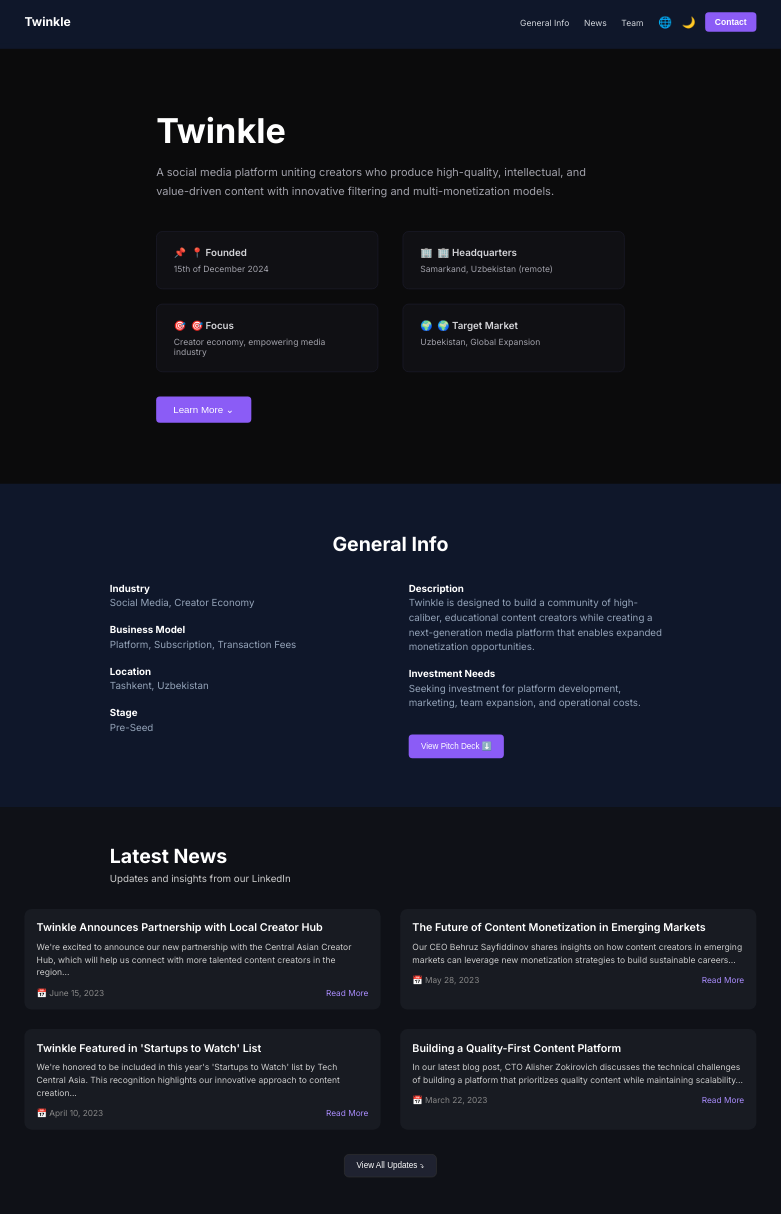
Repository: techboy-33/Twinkle-web
Page: index.html
An editor plug-in stored every save of this project. The page is shown before and after the next save, followed by the edit.
The browser window is 1280 px wide. The pictures show the whole page, at 61% of full size.

Above is the page before, as saved 2025-05-12 11:17:02.

After the next save:
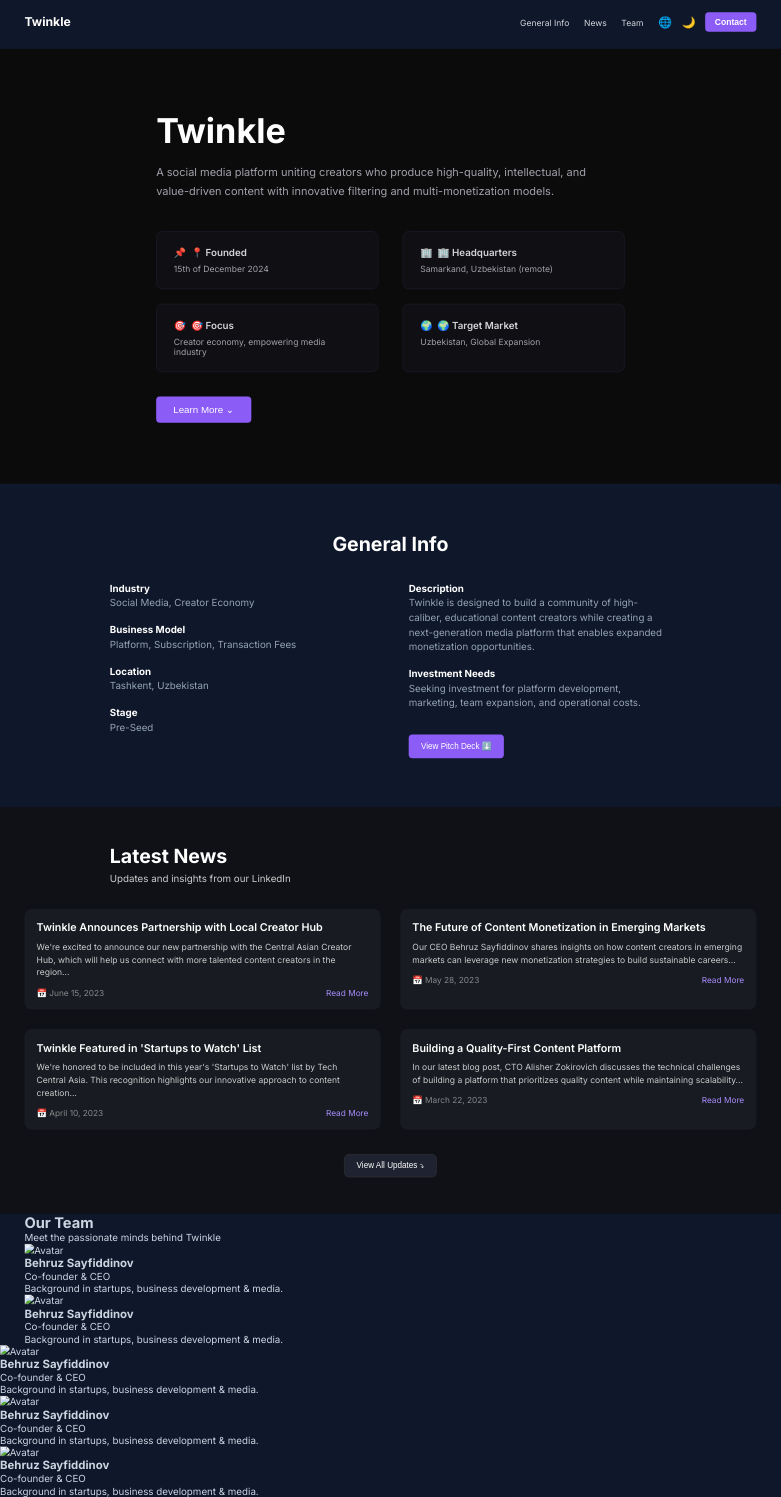
Not found: avatar.png
Saved 4 min 3 s later.
--- a/index.html
+++ b/index.html
@@ -132,6 +132,48 @@
           </div>
         </div>
       </section>
+      <section class="team-section">
+        <div class="container">
+          <h2 class="team-title">Our Team</h2>
+          <p class="team-subtitle">Meet the passionate minds behind Twinkle</p>
+          <div class="team-grid">
+            <div class="team-card">
+              <img src="avatar.png" alt="Avatar">
+              <h3>Behruz Sayfiddinov</h3>
+              <p class="role">Co-founder & CEO</p>
+              <p>Background in startups, business development & media.</p>
+            </div>
+          </div>
+          <div class="team-card">
+            <img src="avatar.png" alt="Avatar">
+            <h3>Behruz Sayfiddinov</h3>
+            <p class="role">Co-founder & CEO</p>
+            <p>Background in startups, business development & media.</p>
+          </div>
+        </div>
+        <div class="team-card">
+            <img src="avatar.png" alt="Avatar">
+            <h3>Behruz Sayfiddinov</h3>
+            <p class="role">Co-founder & CEO</p>
+            <p>Background in startups, business development & media.</p>
+          </div>
+        </div>
+        <div class="team-card">
+            <img src="avatar.png" alt="Avatar">
+            <h3>Behruz Sayfiddinov</h3>
+            <p class="role">Co-founder & CEO</p>
+            <p>Background in startups, business development & media.</p>
+          </div>
+        </div>
+        <div class="team-card">
+            <img src="avatar.png" alt="Avatar">
+            <h3>Behruz Sayfiddinov</h3>
+            <p class="role">Co-founder & CEO</p>
+            <p>Background in startups, business development & media.</p>
+          </div>
+        </div>
+        </div>
+      </section>
 </body>
 
 </html>
